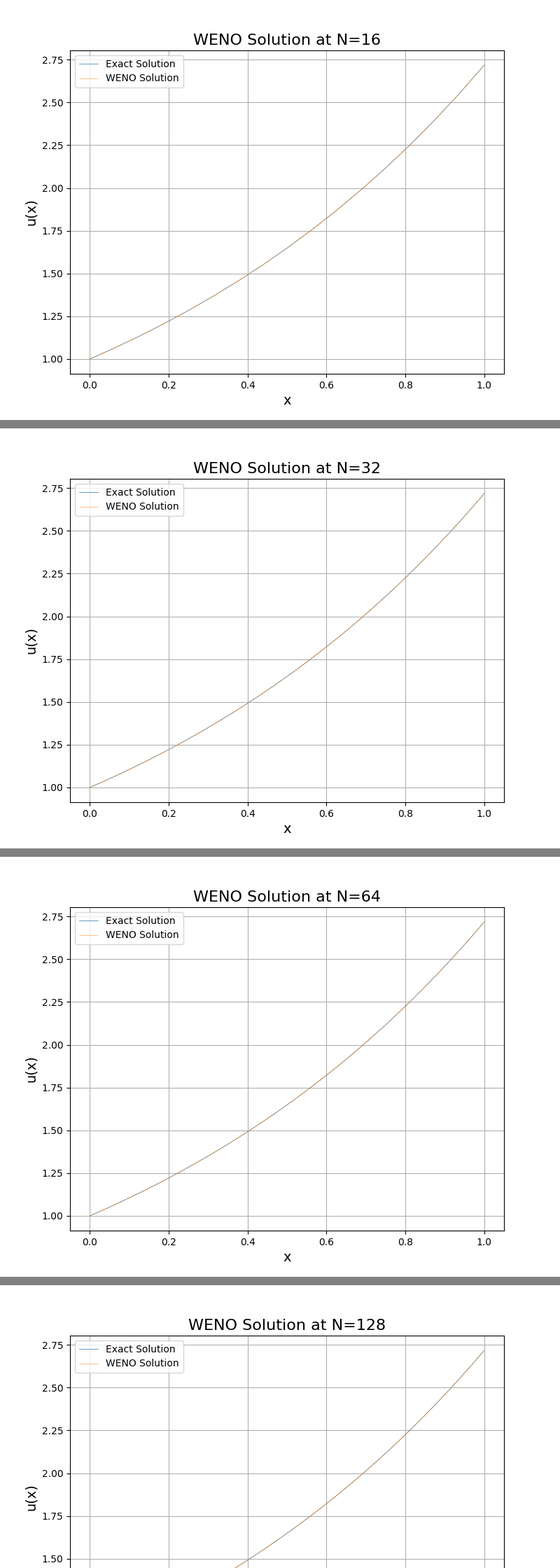
Repository: mishiroo/WENO
Script's output: python main.py
These files come from the project's save history. The script's output is drawn as it stood at one moment and after the next save; the edit follows.
The pictures show rows 0 to 2240 of an output 3048 px tall, at 70% of full size.
Each picture stacks the figures in order, with grey between them; figures that are only written to a file come last. Random numbers start from a fixed seed.

Above is the script's output before, as saved 2024-12-12 21:16:12.

### main.py
import WENO
import ErrorAnalysis as EA
import numpy as np

# 计算误差阶
# N: Num of cells 网格密度太大 机器误差会影响收敛
NList = [16, 32, 64, 128, 256]
# 存储计算结果
l2_err_list = []
linf_err_list = []
solution_list = []

for n in NList:
    mesh = WENO.Mesh(0, 1, n)  # 实例化的Mesh mesh.mesh访问网格本身
    mesh.SetTestAverageValues()
    theo_values = np.exp(mesh.mesh)
    weno = WENO.WENO1D(mesh=mesh.mesh, avg_values=mesh.avg_values, k=3)

    # weno5_solution = weno.Reconstruct()
    # 模板为5的计算结果
    # weno5_solution = weno.StencilReconstruct_all()
    weno.Reconstruct()
    # 处理边界条件
    weno.BoundaryTreatment(theo_values)
    weno5_solution = weno._solution

    # 统计误差
    linf_err_list.append(EA.LinfError(theo_values, weno5_solution))
    l2_err_list.append(EA.L2Error(theo_values, weno5_solution))
    solution_list.append(weno5_solution)
    # 绘图
    EA.Draw(mesh.mesh, theo_values, weno5_solution)

# np.save("k=5加权结果.npy", solution_list[0])

EA.SaveError("WENO5Error.xlsx", NList, l2_err_list, linf_err_list)

### WENO.py
import tqdm
import numpy as np
from typing import List


# 1D dimension
class WENO1D:

    def __init__(self, mesh: np.ndarray, avg_values: np.ndarray, k: int = 5) -> None:
        """初始化WENO类

        Args:
            mesh (np.ndarray): 网格剖分[lb,...ub]
            avg_values (np.ndarray): 网格剖分[lb,...ub]
            k (int, optional): 模板长度. Defaults to 3.
            Supported k=1, 2, 3, 5
        """
        assert np.size(mesh) - 1 == np.size(
            avg_values
        ), "len(mesh) == len(avg_values) + 1"
        self.avg_values = avg_values
        self.mesh = mesh

        self.order = 2 * k - 1
        self.lb = mesh[0]
        self.ub = mesh[-1]
        self.N = len(mesh) - 1  # Num of cells
        self.k = k  # Num of stencils

        self._solution = np.zeros(self.N + 1)  # 存储WENO重构结果
        self.stencil_solution = np.zeros(self.N + 1)  # 存储模板重构结果

        # 查表得到模板组合线性权
        if self.order == 1:
            self.weights_d = [1]
        elif self.order == 3:
            self.weights_d = [2 / 3, 1 / 3]
        elif self.order == 5:
            self.weights_d = [1 / 10, 3 / 5, 3 / 10]
            # 查表得到模板组合系数
            self.C = np.array(
                [
                    [1 / 3, -7 / 6, 11 / 6],
                    [-1 / 6, 5 / 6, 1 / 3],
                    [1 / 3, 5 / 6, -1 / 6],
                    [11 / 6, -7 / 6, 1 / 3],
                ]
            )
        elif self.order == 9:
            # 直接得到五阶模板 加权可以得到九阶模板
            self.weights_d = np.array([0, 0, 1, 0, 0])  # 书上没有对应权重 取中间的权重
            self.C = np.array(
                [
                    [1 / 5, -21 / 20, 137 / 60, -163 / 60, 137 / 60],
                    [-1 / 20, 17 / 60, -43 / 60, 77 / 60, 1 / 5],
                    [1 / 30, -13 / 60, 47 / 60, 9 / 20, -1 / 20],
                    [-1 / 20, 9 / 20, 47 / 60, -13 / 60, 1 / 30],
                    [1 / 5, 77 / 60, -43 / 60, 17 / 60, -1 / 20],
                    [137 / 60, -163 / 60, 137 / 60, -21 / 20, 1 / 5],
                ]
            )
        else:
            raise ValueError(
                "k must be 1, 2 or 3, 5(测试五阶算法用)"
            )  # 其他阶的系数论文没给，先不写

        self.PrintInfo()

    def PrintInfo(self):
        print(
            f"lb = {self.lb}, ub = {self.ub}, Stencil length = {self.k}, WENO order = {self.order} "
        )
        print(f"Num of cells = {self.N}, Num of Nodes = {self.N + 1} \n")

    def StencilReconstruct(self, index: int) -> List[float]:
        """根据模板进行重构 精度为k阶

        Args:
            index (int): 计算节点的位置索引

        Returns:
            List[float]: 不同模板上的重构结果
        """
        stencil_index = index - 1
        stencil_recons = np.zeros(self.k)  # 存储不同模板重构结果的值
        if stencil_index - self.k + 1 >= 0 and stencil_index + self.k - 1 <= self.N - 1:
            for i in range(self.k):
                stencil_recons[i] = np.inner(
                    self.C[i],
                    self.avg_values[
                        stencil_index - self.k + 1 + i : stencil_index + i + 1
                    ],
                )

        elif stencil_index - self.k + 1 < 0:
            for i in range(self.k):
                stencil_recons[i] = np.inner(
                    self.C[-1],
                    self.avg_values[stencil_index + 1 : stencil_index + self.k + 1],
                )

        elif stencil_index + self.k - 1 > self.N - 1:
            for i in range(self.k):
                stencil_recons[i] = np.inner(
                    self.C[0],
                    self.avg_values[stencil_index - self.k + 1 : stencil_index + 1],
                )
        return stencil_recons

    def SmoothIndicators(self, index: int) -> np.ndarray:
        """计算指示器

        Args:
            index (int): 索引

        Returns:
            np.ndarray: 平滑指示函数
        """
        assert self.k == 2 or self.k == 3, "SmoothIndicators only support k=3 NOW!"
        # 处理非法值
        if index < self.k - 1 or index > self.N - self.k:
            return self.weights_d
        else:
            if self.k == 2:
                beta0 = self.avg_values[index + 1] - self.avg_values[index]
                beta1 = self.avg_values[index] - self.avg_values[index - 1]
                return [beta0, beta1]
            elif self.k == 3:
                beta0 = (
                    13
                    / 12
                    * (
                        self.avg_values[index + 1]
                        - 2 * self.avg_values[index + 1]
                        + self.avg_values[index + 2]
                    )
                    ** 2
                )
                +1 / 4 * (
                    3 * self.avg_values[index]
                    - 4 * self.avg_values[index + 2]
                    + self.avg_values[index + 2]
                ) ** 2
                beta1 = (
                    13
                    / 12
                    * (
                        self.avg_values[index - 1]
                        - 2 * self.avg_values[index]
                        + self.avg_values[index + 1]
                    )
                    ** 2
                )
                +1 / 4 * (self.avg_values[index - 1] - self.avg_values[index + 1]) ** 2
                beta2 = (
                    13
                    / 12
                    * (
                        self.avg_values[index - 2]
                        - 2 * self.avg_values[index - 1]
                        + self.avg_values[index]
                    )
                    ** 2
                )
                +1 / 4 * (
                    3 * self.avg_values[index]
                    - 4 * self.avg_values[index - 1]
                    + self.avg_values[index - 2]
                ) ** 2
            return [beta0, beta1, beta2]

    def FormWeights(self, index: int, eps=1e-6) -> np.ndarray:
        """计算归一化权重

        Args:
            index (int): 索引

        Returns:
            np.ndarray: 权重
        """
        alpha = np.zeros(self.k)
        beta = self.SmoothIndicators(index)
        for i in range(self.k):
            alpha[i] = self.weights_d[i] / (eps + beta[i]) ** 2
        return alpha / np.sum(alpha)

    def NodeReconstruct(self, index: int, eps=1e-6) -> float:
        """WENO加权后的重构 精度为2k-1阶 针对节点进行重构

            返回指定索引的WENO重构结果

        Args:
            index (int): 索引
            eps (_type_, optional): eps参数. Defaults to 1e-6.

        Returns:
            float: 插值结果
        """
        weights = self.FormWeights(index, eps=eps)
        return np.inner(self.weights_d, self.StencilReconstruct(index))

    def Reconstruct(self, eps=1e-6):
        """WENO加权后的重构 精度为2k-1阶 针对区间进行重构

            返回区间上每个节点的WENO重构结果

        Args:
            eps (_type_, optional): eps参数. Defaults to 1e-6.
        """
        for i in tqdm.tqdm(range(self.N + 1)):
            self._solution[i] = self.NodeReconstruct(i, eps=eps)
        return self._solution

    def StencilReconstruct_all(self) -> np.ndarray:
        """精度为2k-1阶 调用StencilReconstruct 针对区间进行重构

            返回区间所有节点使用模板重构结果(收敛阶为模板长度)

        Returns:
            np.ndarray: 重构结果
        """
        for i in range(self.N + 1):
            self.stencil_solution[i] = np.inner(
                self.weights_d, self.StencilReconstruct(i)
            )
        return self.stencil_solution

    def BoundaryTreatment(self, theo_values: np.ndarray) -> None:
        """边界处理: 把遇到的不完整模板计算结果全部用精确值代替

        Args:
            theo_values (np.ndarray): 理论值
        """
        for i in range(self.k):
            # 前k个点
            self._solution[i] = theo_values[i]
            # 后k个点
            self._solution[self.N - i] = theo_values[self.N - i]


class Mesh:
    def __init__(self, lb: float, ub: float, N: int) -> None:
        """初始化网格

        Args:
            lb (float): 左边界
            ub (float): 右边界
            N (int): cells数量
        """
        self.lb = lb
        self.ub = ub
        self.N = N
        self.mesh = np.linspace(lb, ub, N + 1)
        self.avg_values = np.zeros(N)  # Initialize avg_values

    def BindAverageValues(self, avg_values: List[float]) -> None:
        """绑定平均值

        Args:
            avg_values (List[float]): 平均值
        """
        assert len(avg_values) == self.N, "avg_values length must be N"
        self.avg_values = avg_values

    def SetTestAverageValues(self):
        """测试用例
        func = e^x
        设置精确的单元格积分均值
        """
        for i in range(self.N):
            integrate = np.exp(self.mesh[i + 1]) - np.exp(self.mesh[i])
            self.avg_values[i] = integrate / (self.mesh[i + 1] - self.mesh[i])

### ErrorAnalysis.py
# 分析计算结果的收敛阶 绘制计算效果图
import numpy as np
import pandas as pd
from typing import List
from matplotlib import pyplot as plt


def AccuracyOrder(N1: int, N2: int, Error1: int, Error2: int) -> float:
    """给定两组剖分和计算结果，计算收敛阶

    Args:
        N1 (int): 第一次剖分的网格数
        N2 (int): 第二次剖分的网格数
        Error1 (int): 第一次剖分的误差
        Error2 (int): 第二次剖分的误差

    Returns:
        float: 收敛阶
    """
    return np.log(Error1 / Error2) / np.log(N2 / N1)


def AccuracyOrders(NList: List[int], ErrorList: List[float]) -> np.ndarray:
    """对两组及以上剖分结果进行收敛阶分析 返回长度为len(NList)第一个元素为None的收敛阶数组
    输入参数是Num of cells
    Args:
        NList (List[int]): 网格剖分参数列表
        ErrorList (List[float]): 误差结果列表

    Returns:
        np.ndarray: 收敛阶列表
    """
    assert len(NList) == len(
        ErrorList
    ), f"length of NList and ErrorList must be equal, but {len(NList)} and {len(ErrorList)} are given"
    orderList = np.zeros(len(NList))
    orderList[0] = None
    for i in range(1, len(NList)):
        orderList[i] = AccuracyOrder(
            NList[i], NList[i - 1], ErrorList[i], ErrorList[i - 1]
        )
    return orderList


def AccuracyOrders_h(hList: List[float], ErrorList: List[float]) -> np.ndarray:
    """对两组及以上剖分结果进行收敛阶分析 返回长度为len(hList)第一个元素为None的收敛阶数组
    输入参数是剖分长度
    Args:
        hList (List[int]): 网格剖分长度列表
        ErrorList (List[float]): 误差结果列表

    Returns:
        np.ndarray: 收敛阶列表
    """
    N = [int(1/h) for h in hList]
    return AccuracyOrders(N, ErrorList)


def SaveError(
    fn: str, NList: List[int], L2ErrorList: List[float], LinfErrorList: List[float]
) -> None:
    """保存误差结果

    Args:
        fn (str): 保存文件名
        NList (List[int]): 网格剖分参数列表
        ErrorList (List[float]): 误差结果列表
    """
    ac_orders_l2 = AccuracyOrders(NList, L2ErrorList)
    ac_orders_linf = AccuracyOrders(NList, LinfErrorList)
    # 保存计算结果
    data = {
        "N": NList,
        "L2Error": L2ErrorList,
        "L2Order": ac_orders_l2,
        "LInfError": LinfErrorList,
        "LInfOrder": ac_orders_linf,
    }
    df = pd.DataFrame(data)
    df.to_excel(fn, index=False)
    # 打印误差
    print(f"l2 err accuracy order: {ac_orders_l2}")
    print(f"linf err accuracy order: {ac_orders_linf}")


def L2Error(analytical: List[float], numerical: List[float]) -> float:
    """计算L2误差

    Args:
        analytical (List[float]): 解析解
        numerical (List[float]): 数值解

    Returns:
        float: L2误差
    """
    return np.sqrt(np.sum([(a - n) ** 2 for a, n in zip(analytical, numerical)]))


def LinfError(analytical: List[float], numerical: List[float]) -> float:
    """计算Linf误差

    Args:
        analytical (List[float]): 解析解
        numerical (List[float]): 数值解

    Returns:
        float: Linf误差
    """
    return max([abs(a - n) for a, n in zip(analytical, numerical)])


def Draw(
    mesh: np.ndarray,
    theo_values: np.ndarray,
    weno_values: np.ndarray,
    show=False,
    fn: str = None,
):
    """只绘制剖分为N的精确值与数值解对比图

    Args:
        mesh (np.ndarray): 剖分网格
        theo_values (np.ndarray): 理论值
        weno_values (np.ndarray): WENO求解结果
        show(Bool, optional): 是否显示图形. Defaults to False.
        fn (str, optional): 保存文件名. Defaults to None.
    """
    N = mesh.size - 1
    # 创建图形
    plt.figure(figsize=(8, 6))

    # 绘制理论值
    plt.plot(
        mesh,
        theo_values,
        label="Exact Solution",
        linestyle="-",
        linewidth=0.5,
    )
    # 绘制WENO数值解
    plt.plot(
        mesh,
        weno_values,
        label="WENO Solution",
        linestyle="--",
        linewidth=0.5,
    )
    # 设置标题和标签

    plt.title(f"WENO Solution at N={N}", fontsize=16)
    plt.xlabel("x", fontsize=14)
    plt.ylabel("u(x)", fontsize=14)

    # 显示图例
    plt.legend()

    # 显示网格
    plt.grid(True)
    if fn is not None:
        plt.savefig(f"figures/{fn}.png")
    else:
        plt.savefig(f"figures/WENO5-N={N}.png")
    # 展示图形
    if show:
        plt.show()

After the next save:
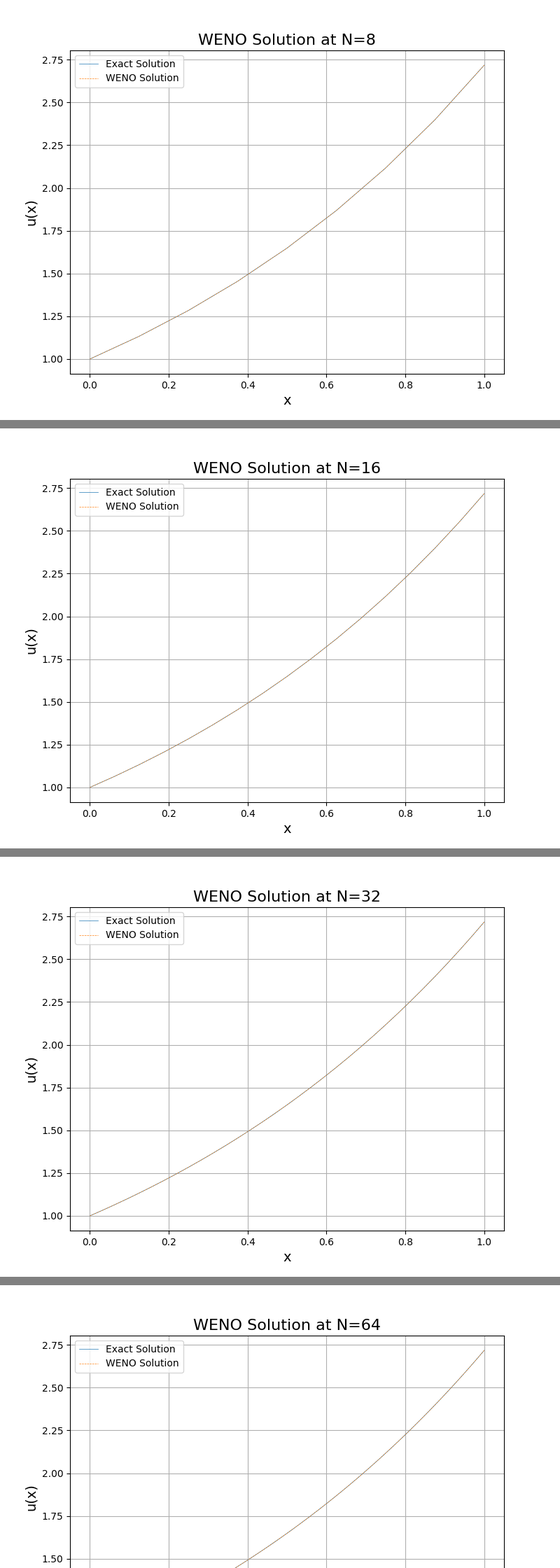
Saved 33 s later.
--- a/main.py
+++ b/main.py
@@ -4,7 +4,7 @@ import numpy as np
 
 # 计算误差阶
 # N: Num of cells 网格密度太大 机器误差会影响收敛
-NList = [16, 32, 64, 128, 256]
+NList = [8, 16, 32, 64, 128]
 # 存储计算结果
 l2_err_list = []
 linf_err_list = []
